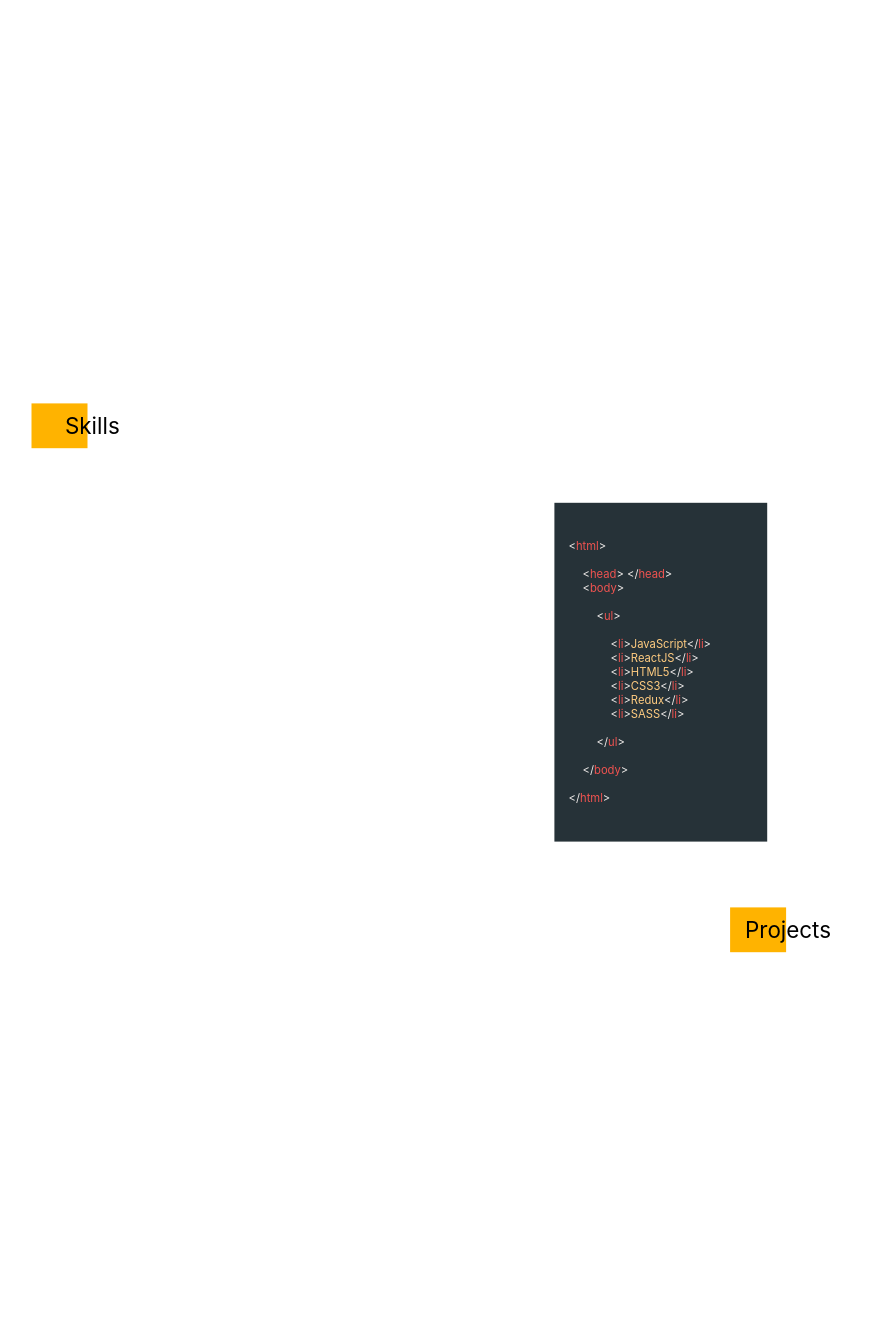
Repository: SebastianArmata22/Portfolio
Page: /
An editor plug-in stored every save of this project. The page is shown before and after the next save, followed by the edit.
The browser window is 1280 px wide. The pictures show the part of the page from y = 895 to 2815 px (the page is 3664 px tall), at 70% of full size.
The project was rebuilt for these pictures with package versions that can differ from the ones it lists, and the page was loaded fresh each time.

Above is the page before, as saved 2021-02-24 18:13:46.

### public/index.html
<!DOCTYPE html>
<html lang="en">
  <head>
    <meta charset="utf-8" />
    <link rel="icon" href="%PUBLIC_URL%/favicon.ico" />
    <meta name="viewport" content="width=device-width, initial-scale=1" />
    <meta name="theme-color" content="#000000" />
    <meta
      name="description"
      content="Web site created using create-react-app"
    />
    <link rel="apple-touch-icon" href="%PUBLIC_URL%/logo192.png" />
    <!--
      manifest.json provides metadata used when your web app is installed on a
      user's mobile device or desktop. See https://developers.google.com/web/fundamentals/web-app-manifest/
    -->
    <link rel="manifest" href="%PUBLIC_URL%/manifest.json" />
    <!--
      Notice the use of %PUBLIC_URL% in the tags above.
      It will be replaced with the URL of the `public` folder during the build.
      Only files inside the `public` folder can be referenced from the HTML.

      Unlike "/favicon.ico" or "favicon.ico", "%PUBLIC_URL%/favicon.ico" will
      work correctly both with client-side routing and a non-root public URL.
      Learn how to configure a non-root public URL by running `npm run build`.
    -->
    <title>Sebastian Armata</title>
  </head>
  <body>
    <noscript>You need to enable JavaScript to run this app.</noscript>
    <div id="root"></div>
    <!--
      This HTML file is a template.
      If you open it directly in the browser, you will see an empty page.

      You can add webfonts, meta tags, or analytics to this file.
      The build step will place the bundled scripts into the <body> tag.

      To begin the development, run `npm start` or `yarn start`.
      To create a production bundle, use `npm run build` or `yarn build`.
    -->
  </body>
</html>

### src/App.js
import './App.css'
//components
import Header from './components/header/Header'
import MainPage from './components/mainPage/MainPage'
import Skills from './components/skills/Skills'
import AboutMe from './components/aboutMe/AboutMe'
import Contact from './components/contact/Contact'
import Footer from './components/footer/Footer'
import Projects from './components/projects/Projects'

function App() {
  return (
    <div className="App">
      <header>
        <Header />
      </header>
      <main>
        <MainPage />
        <AboutMe />
        <Skills />
        <Projects />
        <Contact />
      </main>
      <footer>
        <Footer />
      </footer>
    </div>
  );
}

export default App;

### src/App.css
html, body,*{
    margin: 0;
    padding: 0;

}
*{
    box-sizing: border-box;
}

### src/components/header/Header.js
import classes from './header.module.scss'
import React from 'react'
import logo from '../../icons/logo_armata.svg'

const Header = ()=>{
    return(
        <div className={classes.header}>
            <img src={logo} alt="logo"></img>
            <ul>
                <li>About me</li>
                <li>Skills</li>
                <li>Projects</li>
                <li>Contact</li>
            </ul>
        </div>
    )
}
export default Header

### src/components/mainPage/MainPage.js
import classes from './mainPage.module.scss'
import React from 'react'

const MainPage = ()=>{
    return(
        <div className={classes.main_page_container}>
            <div>
                <p><span>Hello,</span></p>
                <p>I'm Sebastian Armata</p>
                <p>A Frontend <span>Developer</span></p>
            </div>
            <div></div>
        </div>
    )
}
export default MainPage

### src/components/skills/Skills.js
import classes from './skills.module.scss'
import React from 'react'
import ConsoleSkills from '../consoleSkills/ConsoleSkills'

const Skills = ()=>{

    return(
        <div className={classes.skills}>
            <header>
                <p>Skills</p>
            </header>
            <main>
                <div></div>
                <div>
                    <ConsoleSkills />
                </div>
            </main>
        </div>
    )
}
export default Skills

### src/components/aboutMe/AboutMe.js
import classes from './aboutme.module.scss'
import React from 'react'

const AboutMe = ()=>{
    return(
        <div className={classes.aboutMe}>
            <header>
                <p>About me</p>
            </header>
        </div>
    )
}
export default AboutMe

### src/components/contact/Contact.js
import classes from './contact.module.scss'
import React from 'react'

const Contact = ()=>{
    return(
        <div className={classes.contact}>
        <header>
            <p>Contact</p>
        </header>
    </div>
    )
}
export default Contact

### src/components/footer/Footer.js
import classes from './footer.module.scss'
import React from 'react'

const Footer = ()=>{
    return(
        <div className={classes.footer}>
            <p>Sebastian Armata </p>
        </div>
        )
}
export default Footer

### src/components/projects/Projects.js
import classes from './projects.module.scss'
import React from 'react'

const Projects = ()=>{
    return(
        <div className={classes.projects}>
            <header>
                <p>Projects</p>
            </header>
        </div>
    )
}
export default Projects

### src/components/header/header.module.scss
@import '../../variables.scss';

.header{
    height: 5rem;
    width: 100%;
    background-color: $third-main-color;
    display: flex;
    align-items: center;
    justify-content: space-between;
    padding: 1rem;
    img{
        padding: 0 2rem;
        height: 50px;
    }
    ul{
        display: flex;
        align-items: center;
        justify-content: space-between;
        width: 50%;
        li{
            list-style: none;
            text-align: center;
            color: $second-main-color;
            width: 10rem;
            font-size: 1rem;
            cursor: pointer;
            &:hover{
                color: $first-main-color;
            }
        }
    }
}

### src/components/mainPage/mainPage.module.scss
@import '../../variables.scss';

.main_page_container{
    height: calc(100vh - 5rem);
    width: 100%;
    background-color: $third-main-color;
    @include flex-container;
    padding: 3rem;
    div{
        width: 50%;
        height: 100%;
        display: flex;
        justify-content: center;
        flex-direction: column;
    }
    p{
        color: $second-main-color;
        font-size: 2rem;
        span{
            color: $first-main-color;
            font-size: 3rem;
        }
    }
}

### src/components/skills/skills.module.scss
@import '../../variables.scss';
.skills{
    width: 100%;
    height: 100vh;
    padding: 2rem;
    header{
        @include flex-container;
        p{
            position: relative;
            font-size: 2rem;
            height: 4rem;
            width: 90%;
            display: flex;
            align-items: center;
            &::after{
                display: block;
                content: "";
                    width: 5rem;
                    height: 100%;
                    z-index: -1;
                    position: absolute;
                    top:0;
                    left: -3rem;
                    background-color: $first-main-color;
            }
        }
    }
    main{
        display: flex;
        >div{
            width: 50%;
            height: calc(100vh - 5rem);
            @include flex-container;
        }
    }
}

### src/components/consoleSkills/ConsoleSkills.js
import classes from './consoleSkills.module.scss'
import React from 'react'

const ConsoleSkills=()=>{
    return(
        <div className={classes.console_content}>
                            <ul>
                                <li>&lt;<span className={classes.html_text}>html</span>&gt;</li>
                                <li>
                                  <ul className="no-top-padding">
                                    <li>
                                      &lt;<span className={classes.html_text}>head</span>&gt;
                                      &lt;/<span className={classes.html_text}>head</span>&gt;
                                    </li>
                                    <li>&lt;<span className={classes.html_text}>body</span>&gt;</li>
                                    <li>
                                      <ul className="no-top-padding">
                                        <li>&lt;<span className={classes.html_text}>ul</span>&gt;</li>
                                        <ul className="no-top-padding">
                                          <li>
                                            &lt;<span className={classes.html_text}>li</span>&gt;
                                            <span className={classes.html_text_2}>JavaScript</span>
                                            &lt;/<span className={classes.html_text}>li</span>&gt;</li>
                                          <li>
                                            &lt;<span className={classes.html_text}>li</span>&gt;
                                            <span className={classes.html_text_2}>ReactJS</span>
                                            &lt;/<span className={classes.html_text}>li</span>&gt;
                                          </li>
                                          <li>
                                            &lt;<span className={classes.html_text}>li</span>&gt;
                                            <span className={classes.html_text_2}>HTML5</span>
                                            &lt;/<span className={classes.html_text}>li</span>&gt;
                                          </li>
                                          <li>
                                            &lt;<span className={classes.html_text}>li</span>&gt;
                                            <span className={classes.html_text_2}>CSS3</span>
                                            &lt;/<span className={classes.html_text}>li</span>&gt;
                                          </li>
                                          <li>
                                            &lt;<span className={classes.html_text}>li</span>&gt;
                                            <span className={classes.html_text_2}>Redux</span>
                                            &lt;/<span className={classes.html_text}>li</span>&gt;
                                          </li>
                                          <li>
                                            &lt;<span className={classes.html_text}>li</span>&gt;
                                            <span className={classes.html_text_2}>SASS</span>
                                            &lt;/<span className={classes.html_text}>li</span>&gt;
                                          </li>
                                        </ul>
                                        <li>&lt;/<span className={classes.html_text}>ul</span>&gt;</li>
                                      </ul>
                                    </li>
                                    <li>&lt;/<span className={classes.html_text}>body</span>&gt;</li>
                                  </ul>
                                </li>
                                <li>&lt;/<span className={classes.html_text}>html</span>&gt;</li>
                            </ul>
                        </div>

    )
}
export default ConsoleSkills

### src/components/aboutMe/aboutme.module.scss
@import '../../variables.scss';

.aboutMe{
    width: 100%;
    height: 100vh;
    padding: 2rem;
    header{
        @include flex-container;
        p{
            position: relative;
            font-size: 2rem;
            height: 4rem;
            width: 90%;
            display: flex;
            align-items: center;
            justify-content: flex-end;
            &::after{
                display: block;
                content: "";
                    width: 5rem;
                    height: 100%;
                    z-index: -1;
                    position: absolute;
                    top:0;
                    right: -2rem;
                    background-color: $first-main-color;
            }
        }
    }
}

### src/components/contact/contact.module.scss
@import '../../variables.scss';
.contact{
    width: 100%;
    height: 100vh;
    padding: 2rem;
    header{
        @include flex-container;
        p{
            position: relative;
            font-size: 2rem;
            height: 4rem;
            width: 90%;
            display: flex;
            align-items: center;
            &::after{
                display: block;
                content: "";
                    width: 5rem;
                    height: 100%;
                    z-index: -1;
                    position: absolute;
                    top:0;
                    left: 4rem;
                    background-color: $first-main-color;
            }
        }
    }
}

### src/components/footer/footer.module.scss
@import '../../variables.scss';
.footer{
    height: 4rem;
    background-color: $first-main-color;
    @include flex-container;
    color: $second-main-color;
    font-size: 1.25rem;
}

### src/components/projects/projects.module.scss
@import '../../variables.scss';
.projects{
    width: 100%;
    height: 100vh;
    padding: 2rem;
    header{
        @include flex-container;
        p{
            position: relative;
            font-size: 2rem;
            height: 4rem;
            width: 90%;
            display: flex;
            align-items: center;
            justify-content: flex-end;
            &::after{
                display: block;
                content: "";
                    width: 5rem;
                    height: 100%;
                    z-index: -1;
                    position: absolute;
                    top:0;
                    right: 4rem;
                    background-color: $first-main-color;
            }
        }
    }
}

### src/variables.scss
$first-main-color: #FFB300;
$second-main-color: #fff;
$third-main-color:#000;
@mixin flex-container {
    display: flex;
    align-items: center;
    justify-content: center;
}

### src/components/consoleSkills/consoleSkills.module.scss
.console_content{
    background-color: #263238;
    padding: 2rem 0;
}
ul {
    list-style: none;
    color: #EFEBE9;
    padding-left: 20px;
    padding-right: 20px;
    margin-top: 20px;
    margin-bottom: 20px;
  }
.html_text {
    color: #EF5350;
  }
  .html_text_2 {
    color: #FFCC80;
  }

Loaded but not shown: src/index.js (common file); src/index.css (common file); src/reportWebVitals.js (common file)

After the next save:
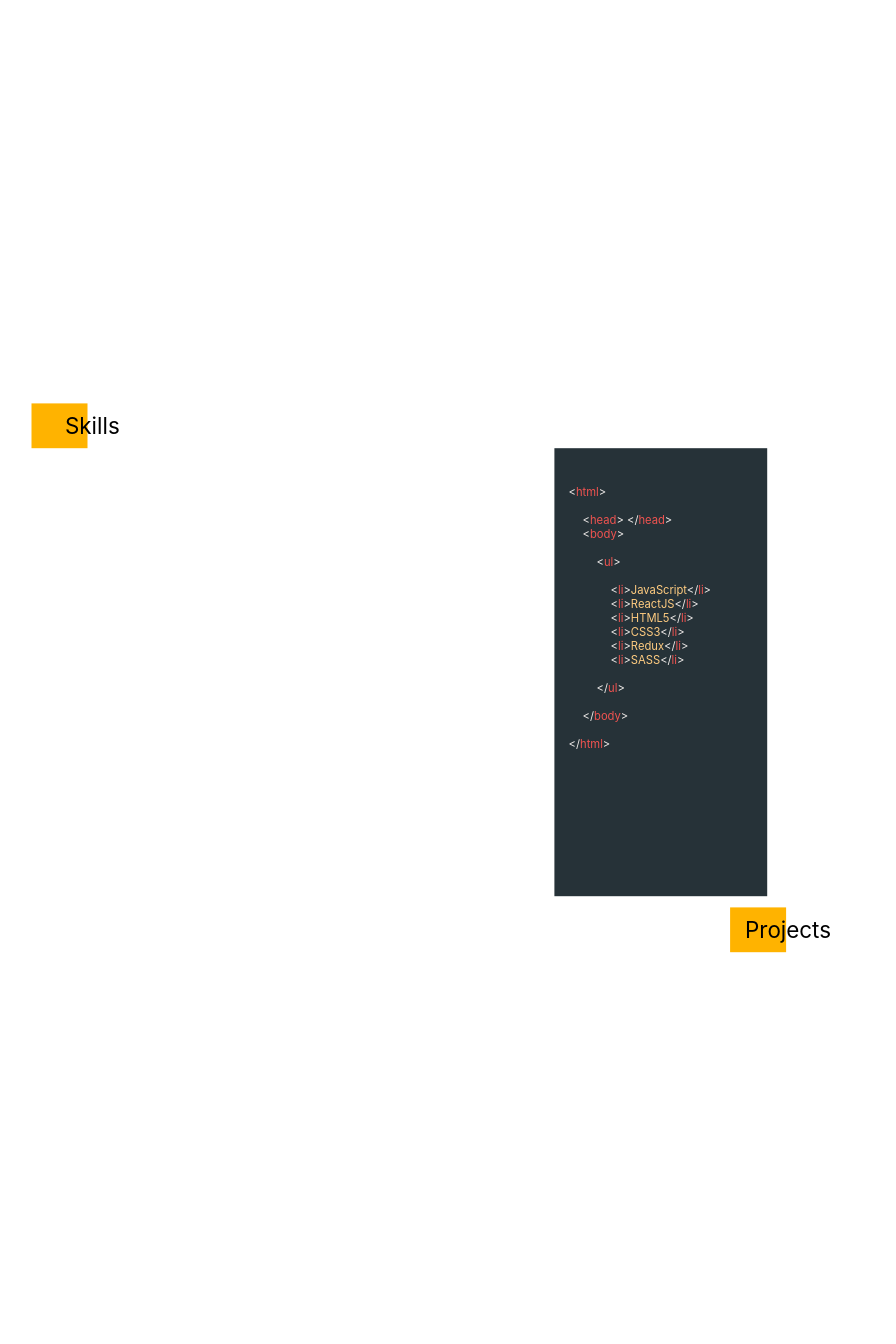
Saved 19 s later.
--- a/src/components/skills/skills.module.scss
+++ b/src/components/skills/skills.module.scss
@@ -30,7 +30,8 @@
         >div{
             width: 50%;
             height: calc(100vh - 5rem);
-            @include flex-container;
+            display: flex;
+            justify-content: center;
         }
     }
 }
